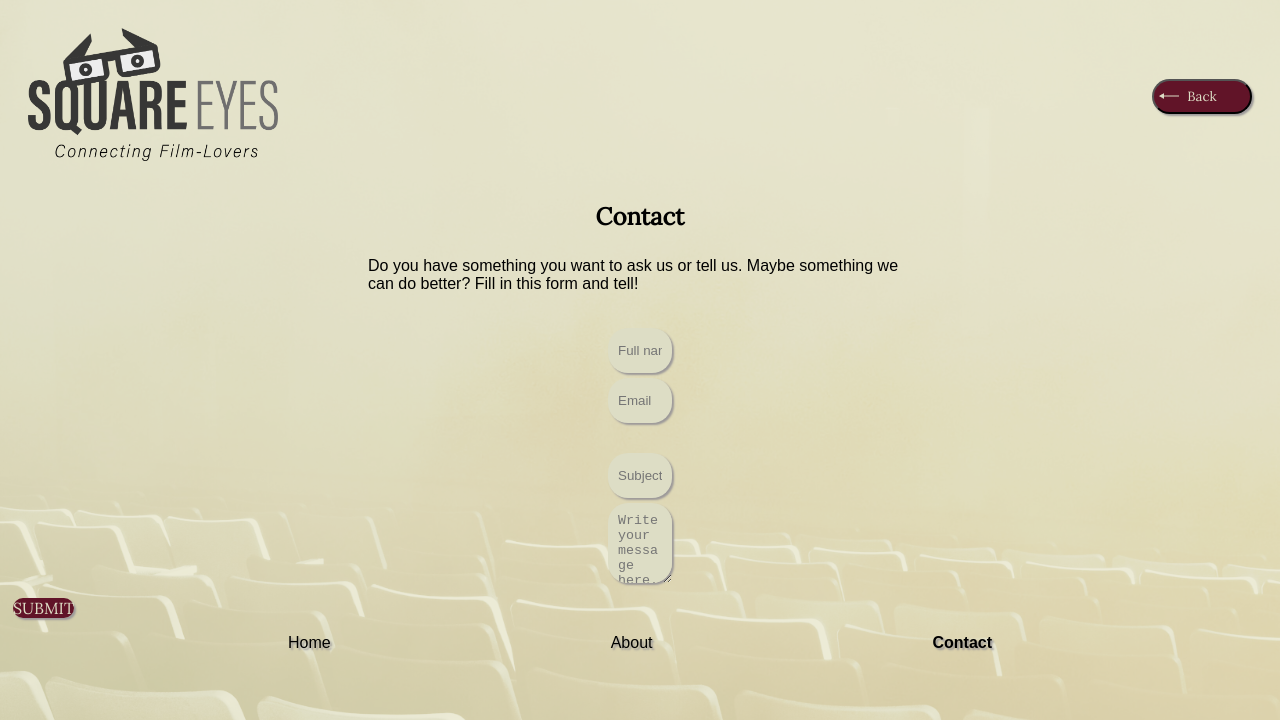
Repository: Noroff-FEU-Assignments/cross-course-project-Bekkholt
Page: contact.html
The author's editor kept a copy of each file at every save. The page is drawn from the files as they stood at one save, then again after the next save.
The browser window is 1280 px wide. The pictures show the whole page.

Above is the page before, as saved 2022-11-07 18:56:47.

### contact.html
<!DOCTYPE html>
<html>
  <head>
    <title>Square Eyes | Contact</title>
    <meta name="description" content="Square Eyes - Connecting film lovers." />
    <meta name="viewport" content="width=device-width, initial-scale=1" />
    <link href="css/index.css" rel="stylesheet">
    <link rel="preconnect" href="https://fonts.googleapis.com">
    <link rel="preconnect" href="https://fonts.gstatic.com" crossorigin>
    <link href="https://fonts.googleapis.com/css2?family=Lora&display=swap" rel="stylesheet">
    <meta name="viewport" content="width=device-width, initial-scale=1">
  </head>
  <body>
    <header>
      <a href="index.html"><img class="logo" src="images/SquareEyes_Logo.png" alt="Square Eyes logo"></a>
      <a href="index.html"><button class="cta back">Back</button></a>
    </header>
    <main>
    <h1>Contact</h1>
    <p>
        Do you have something you want to ask us or tell us. Maybe something we can do better? Fill in this form and tell!
    </p>
    <form action="submit.php" method="post">
      <input class="contact_form" placeholder="Full name" type="text" name="fullname" />
      <input class="contact_form contact_form_space" placeholder="Email" type="email" name="email" />
      <input class="contact_form" placeholder="Subject" type="text" name="subject" />
      <textarea class="message" placeholder="Write your message here." id="message" name="message" rows="5" cols="20"></textarea>
    </form>
    <a href="index.html" class="cta long">SUBMIT</a>
  </main>
  <footer>
    <nav>
      <ul>
        <li><a href="index.html">Home</a></li>
        <li><a href="about.html">About</a></li>
        <li><a href="contact.html" class="active">Contact</a></li>
      </ul>
    </nav>
  </footer>
  </body>
</html>

### css/index.css
html {
    background: url(../images/alex-avalos-dnUNjIUCg5c-unsplash.jpg);
    background-size: cover;
    background-repeat: no-repeat;
    background-blend-mode:soft-light;
    background-color: #ddddc5;
    min-height: 100%;
}

h1, h2 {
    font-family: 'Lora', serif;
    font: bold;
    font-size: x-large;
    text-align: center;
    font-weight: bold;
}

p {
    font-family: 'DM Sans', sans-serif;
    color: #000000;
    text-align: left;
    padding: 5px 60px;
}

.index {
    text-shadow: 2px 2px 2px #9c9999;
}

form {
    display: flex;
    flex-direction: column;
    padding: 10px 85px 10px 85px;
}

header {
display: flex;
flex-direction: row;
justify-content: space-between;
align-items: center;
padding: 20px;
}

.genre, .price {
    display: flex;
    flex-direction: row;
    justify-content: space-around;
}

.price {
    padding-top: 0px;
    padding-bottom: 10px;
}

.hobbs, .godzilla, .batman,
.toy-story, .addams, .sweetheart, .hollywood, .scream {
    max-width: 100px;
    margin: 0px;
    box-shadow: 2px 2px 2px #9c9999;
}

.collections {
    display: flex;
    flex-direction: row;
    justify-content: space-around;
}

.cta {
    background-color: #611428;
    color: #ddddc5;
    font-family: 'Lora', serif;
    border-radius: 50px;
    width: 100px;
    height: 35px;
    text-decoration: none;
    text-align: center;
    box-shadow: 2px 2px 2px #9c9999;
}

.long {
    align-self: center;
    width: 200px;
    margin: 5px;
}

.back {
    background-image: url(../images/Arrow\ 6.png);
    background-repeat: no-repeat;
    background-position: 5px;
}

.logo {
    max-width: 150px;
    padding: 0px;
}

ul a {
    font-family: 'DM Sans', sans-serif;
    color: #000000;
    text-decoration: none;
    text-shadow: 2px 2px 2px #9c9999;
}

ul {
    list-style: none;
    display: flex;
    flex-direction: row;
    justify-content: space-evenly;
    padding: 0%;
}

.active, .bold {
    font-weight: bold;
}

.allproducts {
    display: flex;
    flex-direction: row;
}

.addams__specific {
    max-width: 50%;
    max-height: 50%;
    padding: 95px;
    padding-top: 20px;
    padding-bottom: 20px;
}

.checkmark {
    padding-left: 155px;
}

.checkout_buttons {
    display: flex;
    flex-direction: column;
    align-items: center;
    padding-top: 5px;
}

.index {
    text-align: left;
    padding-left: 15px;
}

.continue {
    text-align: center;
    padding: 0px;
    margin: 20px;
}

.congratulations {
    color: #611428;
    font-size: xx-large;
}

.director_photo {
    padding-left: 50px;
}

input, textarea  {
    margin-bottom: 5px;
    border-radius: 20px;
    background-color: #ddddc5;
    box-shadow: 2px 2px 2px #9c9999;
    border: none;
    height: 25px;
}

.checkout_form {
    margin-bottom: 15px;
}

.contact_form {
    padding: 10px;
}

.contact_form_space {
    margin-bottom: 30px;
}

.message {
    height: 60px;
    padding: 10px;
}

.submit_form_space {
    padding: 10px;
    margin-top: 20px;
    margin-bottom: 60px;
}

.small_form {
    display: flex;
    justify-content: center space-evenly;
    width: 98px;
}

.small_form_left {
    margin-right: 2px;
}

.small_form_right {
    margin-left: 2px;
}

.paypal {
    width: 80px;
    height: 60px;
    border-radius: 90px;
    display: flex;
    align-self: center;
    background-image: url(../images/paypal_button.png);
    background-repeat: no-repeat;
    background-position: 50%;
    box-shadow: 2px 2px 2px #9c9999;
}

.paypal_button {
    /* width: 80px;
    height: 60px; */
    border-radius: 90px;
    display: flex;
    flex-direction: column;
    background-color: #ddddc5;
    align-self: center;
    box-shadow: 2px 2px 2px #9c9999;
    text-decoration: none;
    margin: auto;
    width: fit-content;
    padding: 5px 0;
}

.paypal_button_text {
    text-align: center;
    margin: 0 30px;
    padding: 0;
}

.paypal_button_logo {
    width: 30px;
    align-self: center;
}

.product_text {
    margin-top: 1px;
    margin-bottom: 1px;
}

@media (min-width: 600px) and (max-width: 999px) {

    p {
    margin: 0px 100px;
    }

    .director_photo {
        margin-left: 50px;
    }

    .addams__specific {
        margin: 0px 100px;
    }

    .checkmark {
        padding-left: 400px;
    }

    .small_form {
        display: flex;
        justify-content: center space-evenly;
        width: 125px;
    }

    .index {
        margin-left: 40px;
    }

    form {
        display: flex;
        flex-direction: column;
        padding: 10px 200px 10px 200px;
    }

    .small_form {
        display: flex;
        justify-content: center space-evenly;
        width: 110px;
    }

    .hobbs, .godzilla, .batman,
    .toy-story, .addams, .sweetheart, .hollywood, .scream {
    max-width: 150px;
    margin: 0px;
    box-shadow: 2px 2px 2px #9c9999;
}

    .logo {
    max-width: 200px;
    padding: 0px;
}

}

@media (min-width: 1000px) {

    p {
    margin: 20px 300px;
    }

    .director_photo {
        margin-left: 250px;
    }

    .addams__specific {
        margin: 0px 380px;
    }

    .checkmark {
        padding-left: 700px;
    }

    form {
        display: flex;
        flex-direction: column;
        padding: 10px 600px 10px 600px;
    }

    .small_form {
        display: flex;
        justify-content: center space-evenly;
        width: 125px;
    }

    .index {
        margin-left: 90px;
    }

    .logo {
        max-width: 250px;
        padding: 0px;
    }

    .hobbs, .godzilla, .batman,
    .toy-story, .addams, .sweetheart, .hollywood, .scream {
    max-width: 200px;
    margin: 0px;
    box-shadow: 2px 2px 2px #9c9999;
}
}

After the next save:
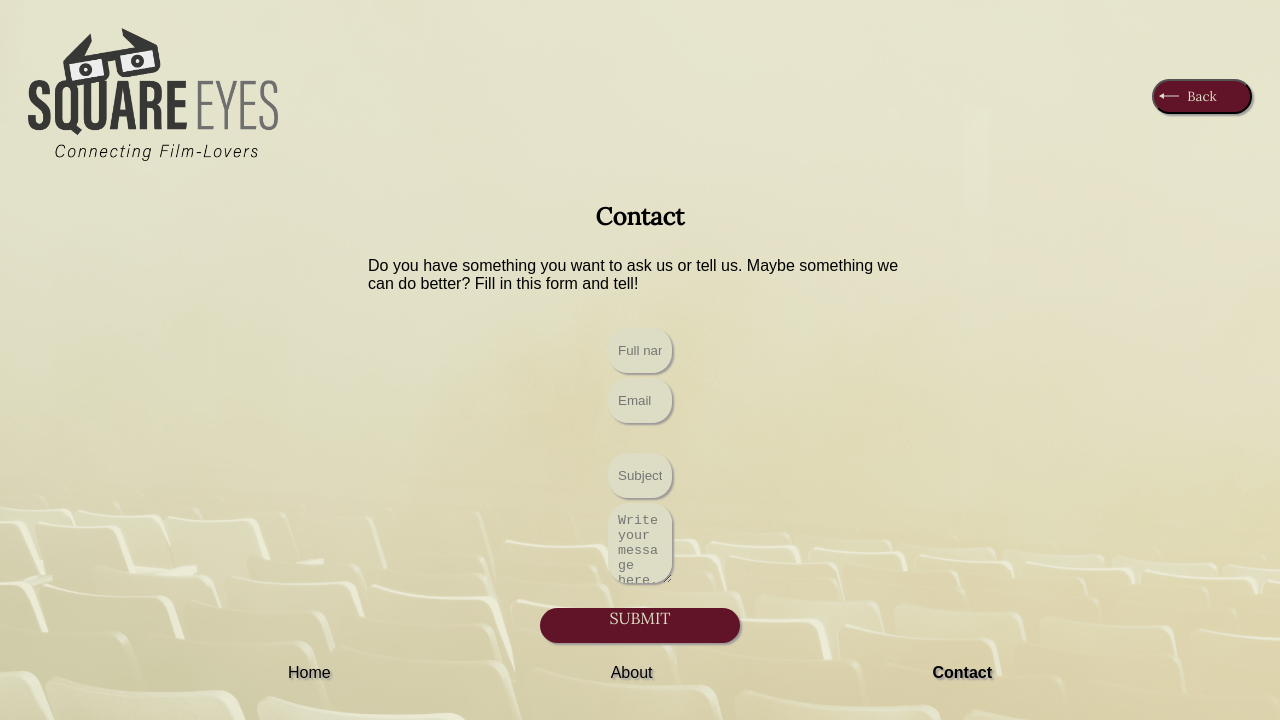
Saved 2 min 14 s later.
--- a/contact.html
+++ b/contact.html
@@ -26,7 +26,9 @@
       <input class="contact_form" placeholder="Subject" type="text" name="subject" />
       <textarea class="message" placeholder="Write your message here." id="message" name="message" rows="5" cols="20"></textarea>
     </form>
-    <a href="index.html" class="cta long">SUBMIT</a>
+    <div class="checkout_buttons">
+      <a href="index.html" class="cta long">SUBMIT</a>
+    </div>
   </main>
   <footer>
     <nav>
